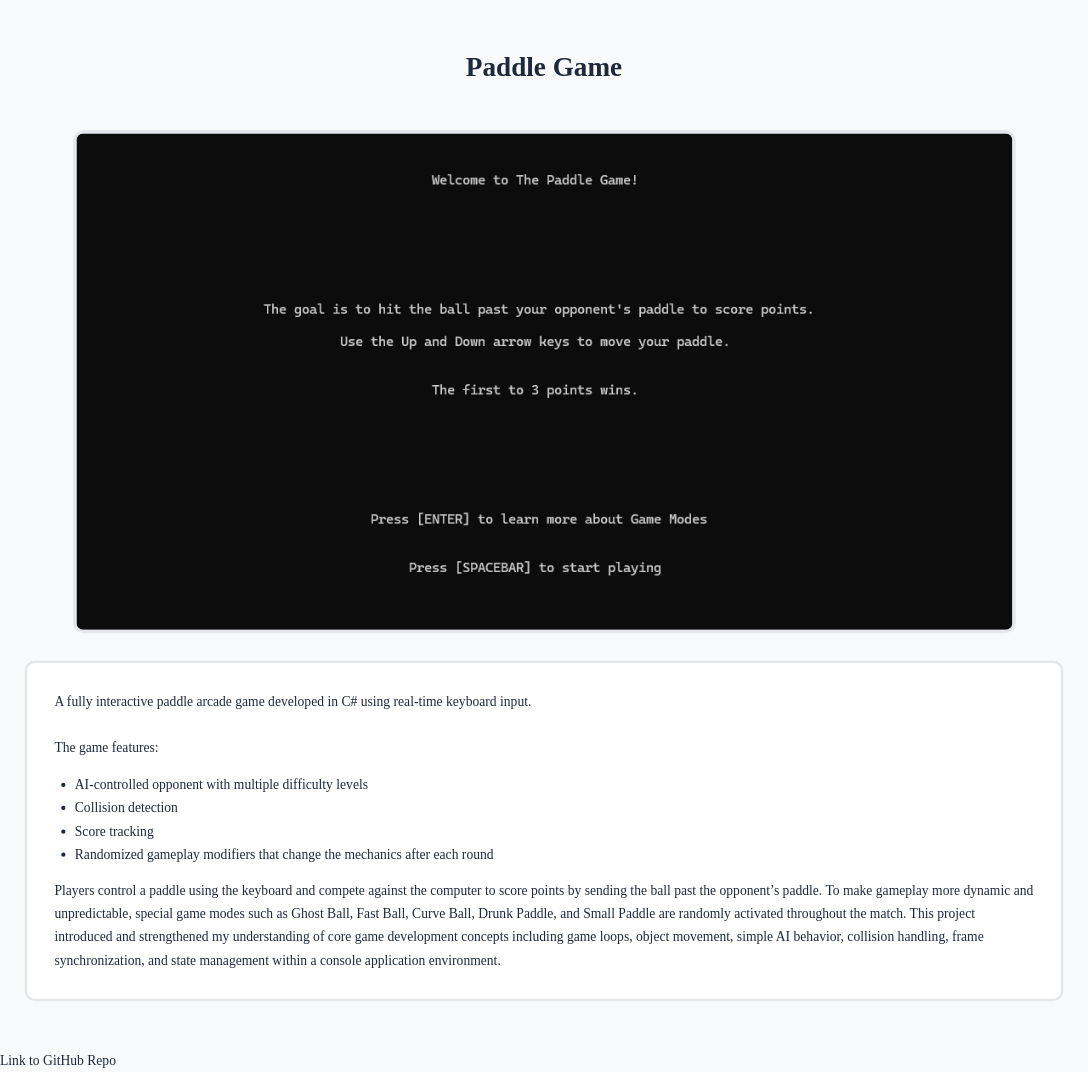
Repository: alison-cunningham/alison-cunningham
Page: pages/paddle-game.html
An editor plug-in stored every save of this project. The page is shown before and after the next save, followed by the edit.
The browser window is 1280 px wide. The pictures show the whole page, at 85% of full size.
Some web fonts or font styles are not loaded; a fallback is used.

Above is the page before, as saved 2026-05-08 21:09:53.

After the next save:
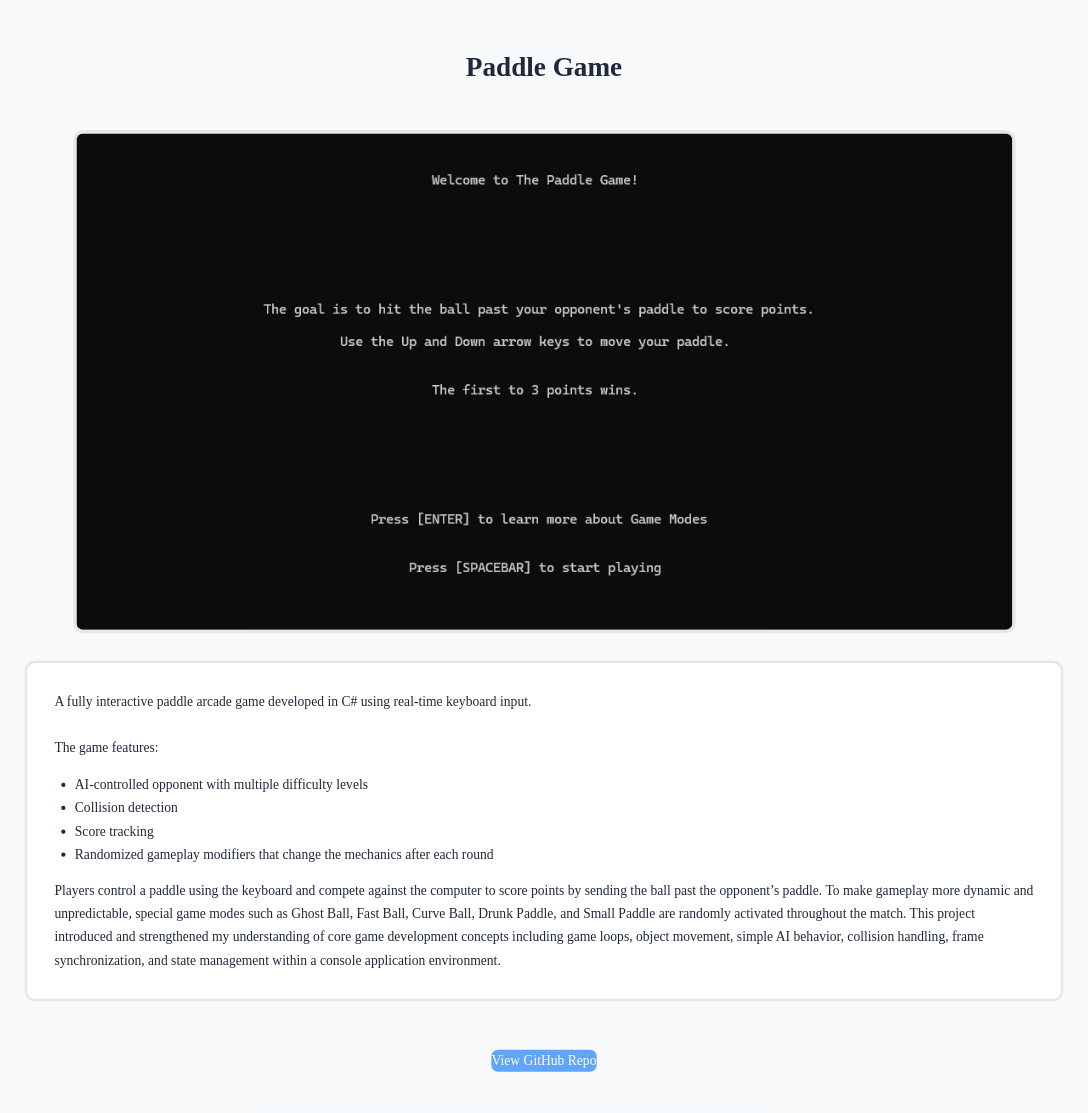
Saved 116 s later.
--- a/pages/paddle-game.html
+++ b/pages/paddle-game.html
@@ -33,8 +33,8 @@
     </section>
 
     <br>
-    <a href="https://github.com/alison-cunningham/PaddleGame-2D-Collision-Simulation.git">
-        Link to GitHub Repo
+    <a class="project-link" href="https://github.com/alison-cunningham/PaddleGame-2D-Collision-Simulation.git">
+        View GitHub Repo
     </a>
 
 </body>
